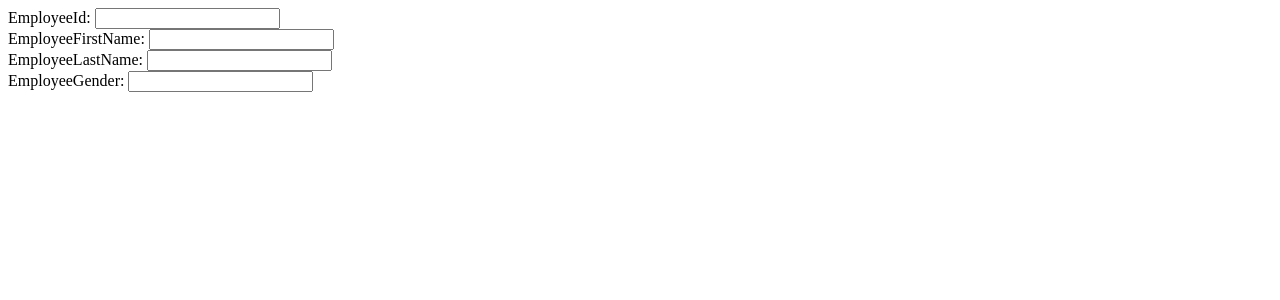
Repository: sandeep27y/MavenWebAppMultiModule-Servlets
Page: http://localhost/EmployeeApplication/EmployeeUpdate.jsp
These files come from the project's save history. The page is drawn as it stood at one moment and after the next save; the edit follows.
The browser window is 1280 px wide. The pictures show the whole page.
The page is served by Tomcat 9.

Above is the page before, as saved 2017-06-10 17:43:09.

After the next save:
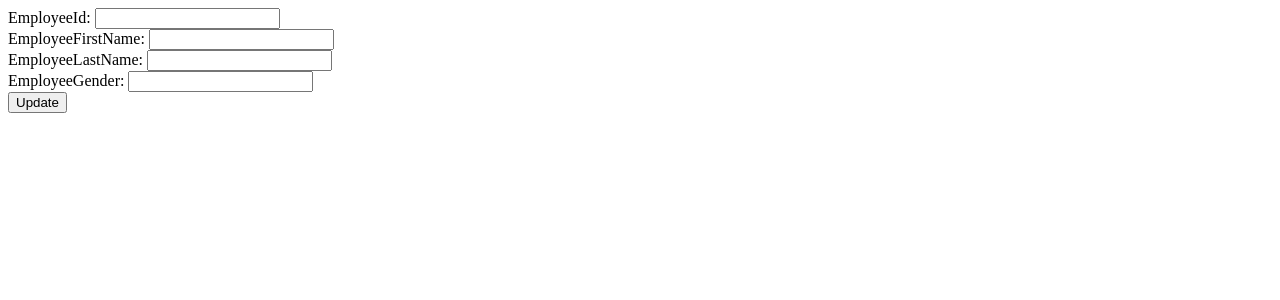
Saved 77 s later.
--- a/MavenWebAppMultiModule-Servlets/EmployeeMultiModule/EmployeeApplication/src/main/webapp/EmployeeUpdate.jsp
+++ b/MavenWebAppMultiModule-Servlets/EmployeeMultiModule/EmployeeApplication/src/main/webapp/EmployeeUpdate.jsp
@@ -14,6 +14,7 @@ EmployeeId: <input type="text" value="${employeeId}"><br>
 EmployeeFirstName: <input type="text" name="firstName"><br>
 EmployeeLastName: <input type="text" name="lastName"><br>
 EmployeeGender: <input type="text" name="gender"><br>
+<input type="submit" value="Update">
 </form>
 </body>
 </html>
